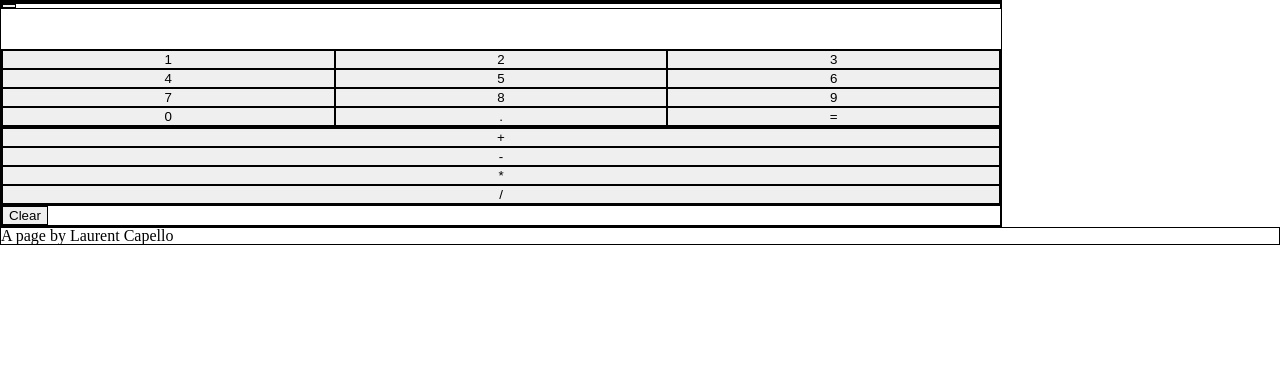
Repository: sokafootball/js-calculator
Page: index.html
These files come from the project's save history. The page is drawn as it stood at one moment and after the next save; the edit follows.
The browser window is 1280 px wide. The pictures show the whole page.

Above is the page before, as saved 2020-04-25 11:46:15.

After the next save:
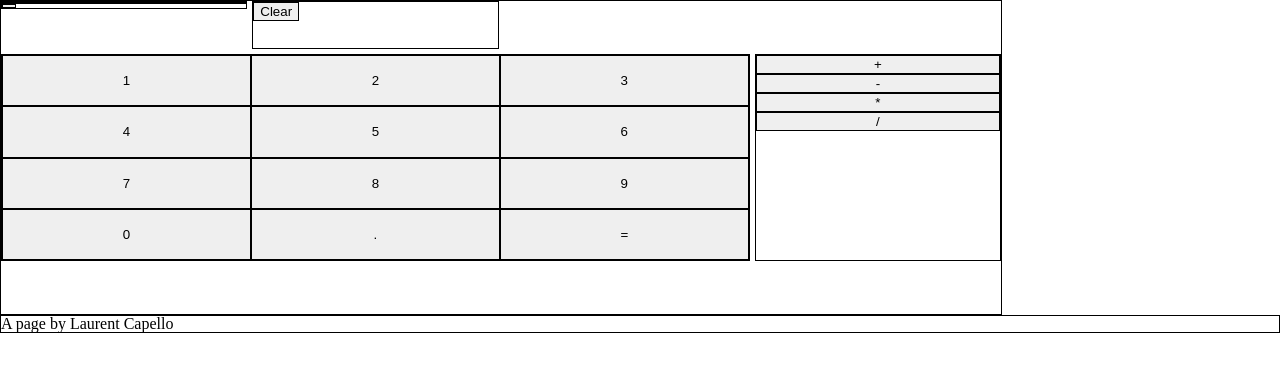
Saved 24 h 13 min later.
--- a/style.css
+++ b/style.css
@@ -16,9 +16,6 @@
 
 #calculator{
   width: 1000px;
-}
-
-#calc-mid{
   display: grid;
   gap: 5px 5px;
   grid-template-areas:
@@ -30,6 +27,10 @@
     ". clear clear .";
   grid-template-columns: repeat(4, 1fr);
   grid-template-rows: repeat(6, 1fr);
+}
+
+#calc-mid{
+
 }
 
 #numpad{
